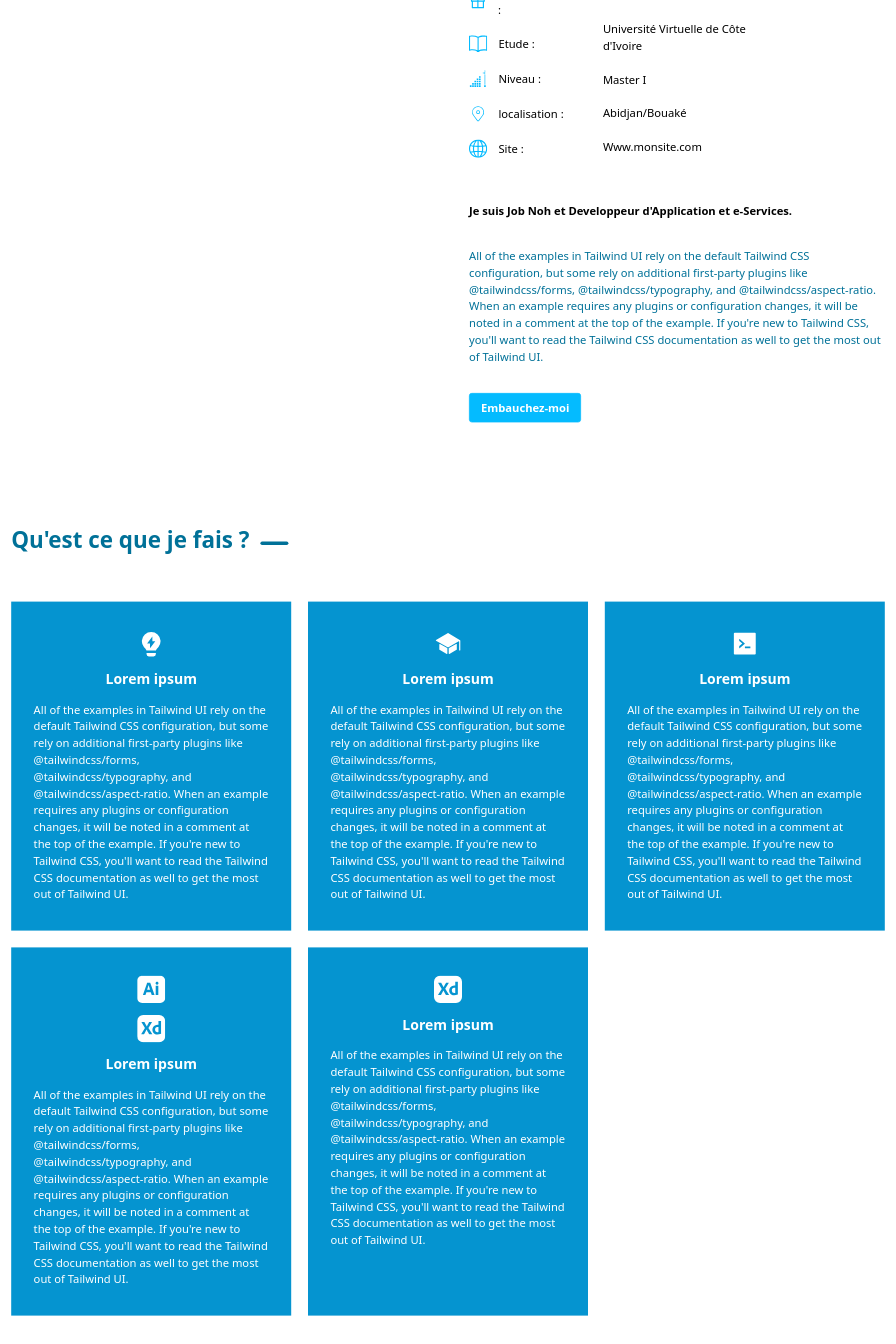
Repository: anoy1010/Nextportfolio
Page: /
The author's editor kept a copy of each file at every save. The page is drawn from the files as they stood at one save, then again after the next save.
The browser window is 1280 px wide. The pictures show the part of the page from y = 958 to 2878 px (the page is 2878 px tall before and 2822 px after), at 70% of full size.
Backgrounds fixed to the window are drawn as part of the page. The project was rebuilt for these pictures with package versions that can differ from the ones it lists, and the page was loaded fresh each time. The framework's server and built-in components were replaced by stand-ins that run in the browser. Also part of the build but not shown: next.config.js, styles/Home.module.css.

Above is the page before, as saved 2023-03-06 18:42:57.

After the next save:
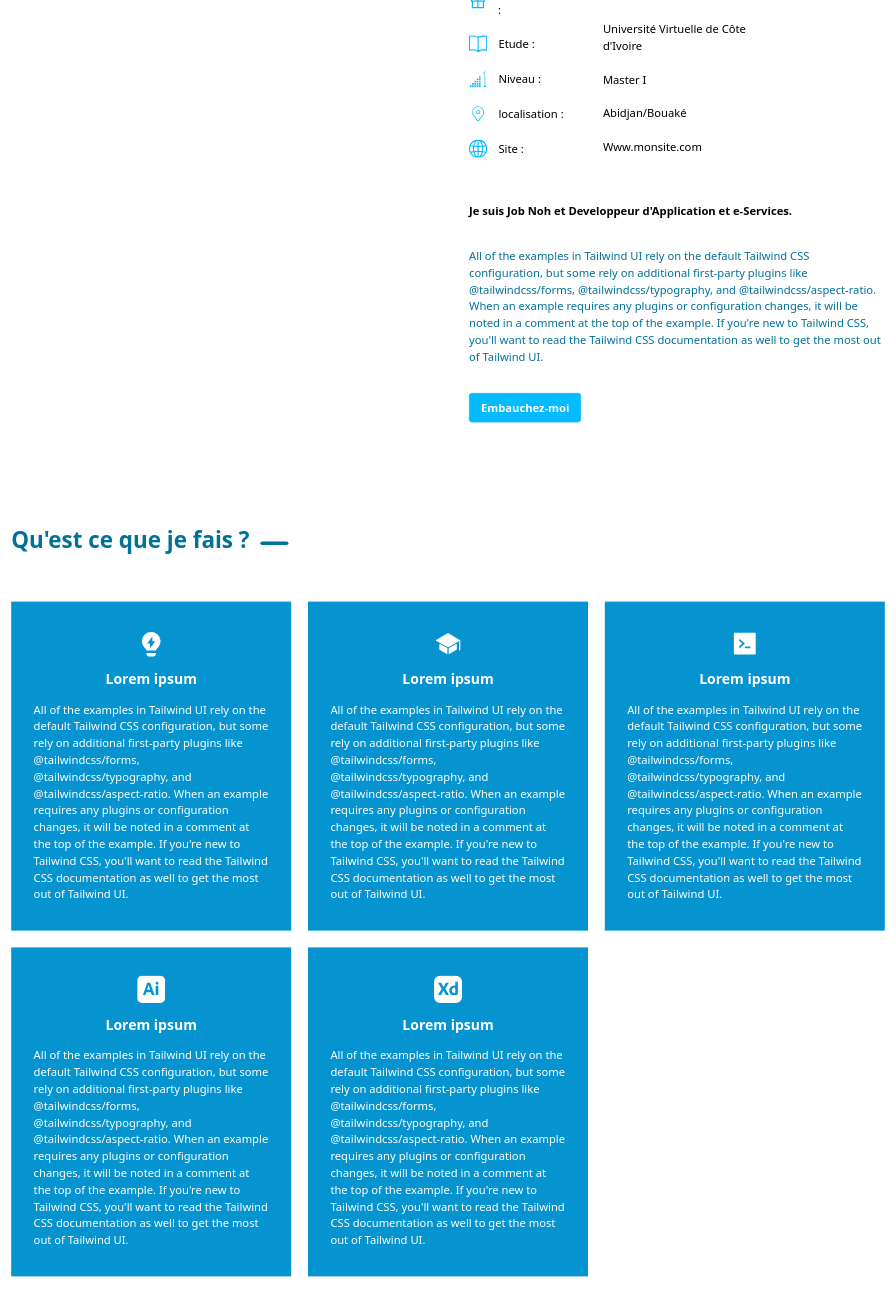
Saved 10 s later.
--- a/components/WhatIDo.js
+++ b/components/WhatIDo.js
@@ -48,7 +48,7 @@ const WhatIDo = () => {
             </div>
 
             <div className='Shadow-lg flex flex-col gap-4 px-8 py-10 bg-[#0594d0] text-white items-center'>
-                <SiAdobeillustrator className=' text-[40px]   ' /> <SiAdobexd className=' text-[40px]   '/>
+                <SiAdobeillustrator className=' text-[40px]   ' />
                 <h2 className='font-bold text-[20px]'>Lorem ipsum</h2>
                 <p>
                     All of the examples in Tailwind UI rely on the default Tailwind CSS configuration, but some rely on additional first-party plugins like @tailwindcss/forms, @tailwindcss/typography, and @tailwindcss/aspect-ratio.
